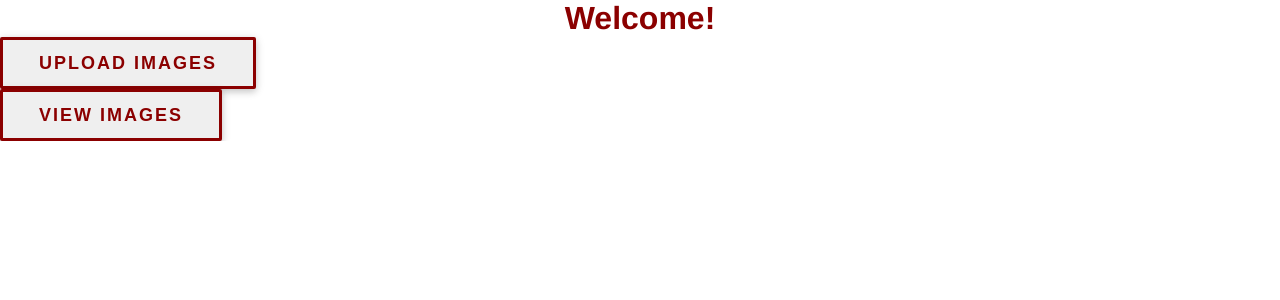
Repository: EricRobertCampbell/palaeo-fossil-classifier
Page: /dashboard (app in palaeo-fossil-classifier/)
An editor plug-in stored every save of this project. The page is shown before and after the next save, followed by the edit.
The browser window is 1280 px wide. The pictures show the whole page.
Some web libraries are served in a nearby version. The project was rebuilt for these pictures with package versions that can differ from the ones it lists, and the page was loaded fresh each time. The framework's server and built-in components were replaced by stand-ins that run in the browser. Also part of the build but not shown: palaeo-fossil-classifier/next.config.ts, palaeo-fossil-classifier/app/admin.tsx, palaeo-fossil-classifier/app/classify.tsx.

Above is the page before, as saved 2024-11-30 15:03:50.

### palaeo-fossil-classifier/app/dashboard/page.tsx
"use client";
import React from "react";
import styles from "./page.module.css";
import { useState } from "react";
import Admin from "../admin";
import Classify from "../classify";

export default function dashboard() {
  const [component1, setComponent1] = useState(false);
  const [component2, setComponent2] = useState(false);

  const handleAdmin = () => {
    setComponent1(true);
    setComponent2(false);
  };
  const handleClasify = () => {
    setComponent2(true);
    setComponent1(false);
  };

  return (
    <div className={styles.grid}>
      <h1 className={styles.center}>Welcome!</h1>
      <div className={styles.area}>
        <nav className={styles.left}>
          <ul>
            <li className="">
              <button
                className={styles.button}
                onClick={() => {
                  handleAdmin();
                }}
              >
                <span className="nav-text">Upload Images</span>
              </button>
            </li>
            <li className="">
              <button
                className={styles.button}
                onClick={() => {
                  handleClasify();
                }}
              >
                <span className="nav-text">View Images</span>
              </button>
            </li>
          </ul>
        </nav>
      </div>
      <div className={styles.comp}>
        <div className={styles.component}>{component1 ? <Admin /> : <></>}</div>
        <div className={styles.component}>
          {component2 ? <Classify /> : <></>}
        </div>
      </div>
    </div>
  );
}

### palaeo-fossil-classifier/app/globals.css
:root {
  --background: #ffffff;
  --foreground: #171717;
}

@media (prefers-color-scheme: dark) {
  :root {
    --background: #0a0a0a;
    --foreground: #ededed;
  }
}

html,
body {
  max-width: 100vw;
  overflow-x: hidden;
}

body {
  color: var(--foreground);
  background: var(--background);
  font-family: Helvetica;
  -webkit-font-smoothing: antialiased;
  -moz-osx-font-smoothing: grayscale;
}

* {
  box-sizing: border-box;
  padding: 0;
  margin: 0;
}

a {
  color: inherit;
  text-decoration: none;
}

@media (prefers-color-scheme: dark) {
  html {
    color-scheme: dark;
  }
}

### palaeo-fossil-classifier/app/dashboard/page.module.css
@import url(//netdna.bootstrapcdn.com/font-awesome/4.0.3/css/font-awesome.css);

@import url(https://fonts.googleapis.com/css?family=Titillium+Web:300);



.center{
    text-align: center;
    color:#8b0000;
}

.area {
width: 50%;
float: left;
}

.comp {
    width: 50%;
    float: left;
}

.button {
    font-size: 18px;
    letter-spacing: 2px;
    text-transform: uppercase;
    display: inline-block;
    text-align: center;
    font-weight: bold;
    padding: 0.7em 2em;
    border: 3px solid #8b0000;
    border-radius: 2px;
    position: relative;
    box-shadow: 0 2px 10px rgba(0, 0, 0, 0.16), 0 3px 6px rgba(0, 0, 0, 0.1);
    color: #8b0000;
    text-decoration: none;
    transition: 0.3s ease all;
    z-index: 1;
  }

  .button:before {
    transition: 0.5s all ease;
    position: absolute;
    top: 0;
    left: 50%;
    right: 50%;
    bottom: 0;
    opacity: 0;
    content: '';
    background-color: #8b0000;
    z-index: -1;
  }

  .button:hover, .button:focus {
    color: white;
  }

  .button:hover:before, .button:focus:before {
    transition: 0.5s all ease;
    left: 0;
    right: 0;
    opacity: 1;
  }

  .left{}

  .right{
float:left;
  }

  .button:active {
    transform: scale(0.9);
  }

Loaded but not shown: palaeo-fossil-classifier/app/layout.tsx (common file)

After the next save:
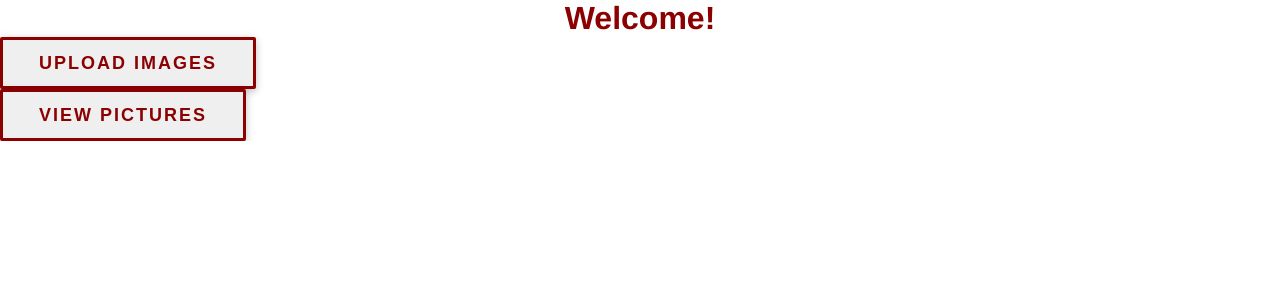
Saved 87 s later.
--- a/palaeo-fossil-classifier/app/dashboard/page.tsx
+++ b/palaeo-fossil-classifier/app/dashboard/page.tsx
@@ -41,7 +41,7 @@ export default function dashboard() {
                   handleClasify();
                 }}
               >
-                <span className="nav-text">View Images</span>
+                <span className="nav-text"> View Pictures</span>
               </button>
             </li>
           </ul>
